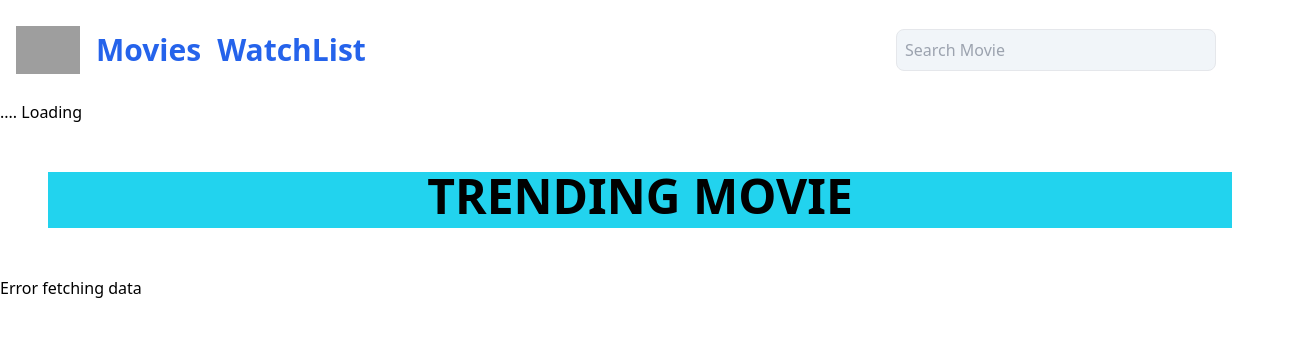
Repository: swapnil0663/MovieApp
Page: /
An editor plug-in stored every save of this project. The page is shown before and after the next save, followed by the edit.
The browser window is 1280 px wide. The page is 1296 px wide, so the pictures cover 1296 px, including what lies to the right of the window. The pictures show the whole page.
Pictures or frames that could not be fetched are drawn as grey boxes. The page's requests for data from a server got no answer. Some web fonts or font styles are not loaded; a fallback is used. The project was rebuilt for these pictures with package versions that can differ from the ones it lists, and the page was loaded fresh each time. No one was signed in, and anything a server would have sent is missing. Also part of the build but not shown: vite.config.js, src/Components/Paging.jsx, src/Components/MovieCard.jsx, src/Components/WatchList.jsx. Imported but missing from the stored project, and not drawn on this page: src/redux/SearchSlice.

Above is the page before, as saved 2025-01-04 00:15:59.

### index.html
<!doctype html>
<html lang="en">
  <head>

    <meta charset="UTF-8" />
    <link rel="stylesheet" href="https://cdnjs.cloudflare.com/ajax/libs/font-awesome/6.7.0/css/all.min.css" integrity="sha512-9xKTRVabjVeZmc+GUW8GgSmcREDunMM+Dt/GrzchfN8tkwHizc5RP4Ok/MXFFy5rIjJjzhndFScTceq5e6GvVQ==" crossorigin="anonymous" referrerpolicy="no-referrer" />
    <link rel="icon" type="image/svg+xml" href="/vite.svg" />
    <meta name="viewport" content="width=device-width, initial-scale=1.0" />
    <title>Movies</title>
    <link rel="stylesheet" href="https://rsms.me/inter/inter.css">

  </head>
  <body>
    <div id="root"></div>
    <script type="module" src="/src/main.jsx"></script>
  </body>

</html>

### src/main.jsx
import { StrictMode } from "react";
import { createRoot } from "react-dom/client";
import { Provider } from "react-redux";
import "./index.css";
import App from "./App.jsx";
import store from "./redux/store";

createRoot(document.getElementById("root")).render(
  <StrictMode>
    <Provider store={store}>
      <App />
    </Provider>
  </StrictMode>
);

### src/index.css
@tailwind base;
@tailwind components;
@tailwind utilities;

/*
* {
    margin: 0;
    padding: 0;
    box-sizing: border-box;
}  */

### src/App.jsx
import { BrowserRouter, Routes, Route } from "react-router-dom";
import { useState, useEffect } from "react";
import "./App.css";
import Banner from "./Components/Banner";
import Movie from "./Components/Movie";
import Navbar from "./Components/Navbar";
import WatchList from "./Components/WatchList";
import TBan from "./Components/TBan";
import MovieContext from "./Context/MovieContext";

function App() {
  const [watchList, setWatchList] = useState(
    JSON.parse(localStorage.getItem("watchList")) || []
  );

  const addToWatchList = (movieToadd) => {
    const newWatchList = [...watchList, movieToadd];
    setWatchList(newWatchList);
  };

  const removeFromWatchList = (movieToRemove) => {
    const newWatchList = watchList.filter(
      (movieObj) => movieObj.id !== movieToRemove.id
    );
    setWatchList(newWatchList);
  };

  useEffect(() => {
    localStorage.setItem("watchList", JSON.stringify(watchList));
  }, [watchList]);

  return (
    <BrowserRouter>
      <Navbar />

      <MovieContext.Provider
        value={{ watchList, addToWatchList, removeFromWatchList, setWatchList }}
      >
        <Routes>
          <Route
            path="/"
            element={
              <>
                <Banner />
                <TBan />
                {/* <PagingContext.Provider
                  value={{ pageno, handleprev, handlenext }}
                > */}
                  <Movie
                  // watchList={watchList}
                  // addToWatchList={addToWatchList}
                  // removeFromWatchList={removeFromWatchList}
                  />
                {/* </PagingContext.Provider> */}
              </>
            }
          />
          <Route
            path="/watchList"
            element={
              <WatchList
              // movies = {watchList}
              // removeFromWatchList = {removeFromWatchList}
              // setWatchList={setWatchList}
              />
            }
          />
        </Routes>
      </MovieContext.Provider>
    </BrowserRouter>
  );
}

export default App;

// https://api.themoviedb.org/3/movie/popular?language=en-US&page=1
// API -> 14915bb7694a0701b51a3b7146b944e2

### src/redux/store.js
import { configureStore } from "@reduxjs/toolkit";
import PagingSlice from "./PagingSlice";
import movieSlice from "./Movies/movieSlice";

const store = configureStore({
    reducer: {
        pagingState : PagingSlice.reducer,
        movieState : movieSlice.reducer,
    }
})

export default store;

### src/Components/Banner.jsx
import axios from 'axios';
import { useEffect } from 'react';
import { useState } from 'react';
import { BASE_URL } from '../utils/BaseUrl';


export default function Banner(){
    const [trendingMovie,serTrendingMovie] = useState(null);

   useEffect (() => {
    axios.get('https://api.themoviedb.org/3/trending/movie/day?api_key=14915bb7694a0701b51a3b7146b944e2')
    .then(function(res){
        let randomMovies = res.data.results[Math.floor(Math.random()*20)];
        serTrendingMovie(randomMovies);
    })
   },[]);

    if(!trendingMovie) {
        return (<h1> .... Loading</h1>)
    }

    return (
        <div className="relative ">
            <img  className="h-[32rem] w-3/4 rounded-[2rem] flex items-self-center justify-self-center" alt="Image Not Found " src={BASE_URL + trendingMovie.backdrop_path} />
            <p className="bg-[#111827b3] w-full text-center absolute left-[50%] h-14 bottom-0 text-white text-5xl translate-x-[-50%]">{trendingMovie.title}</p>

        </div>
    )
}

### src/Components/Movie.jsx
import { BASE_URL } from "../utils/BaseUrl";
import { useState, useEffect, useContext } from "react";
import Paging from "./Paging";
import MovieCard from "./MovieCard";
import MovieContext from "../Context/MovieContext";
import { useDispatch, useSelector } from "react-redux";
import movieThung from "../redux/Movies/movieThung";

export default function Movie() {
  const { watchList } = useContext(MovieContext);
  const { pageno } = useSelector((store) => store.pagingState);
  const { movies, isLoading, error } = useSelector((store) => store.movieState);
  const dispatch = useDispatch();
  const [search, setSearch] = useState("");


  useEffect(() => {
    dispatch(movieThung(pageno));
  // eslint-disable-next-line react-hooks/exhaustive-deps
  }, [pageno]);

  if (isLoading) {
    return (
      <h1
        style={{
          display: "flex",
          alignItems: "center",
          justifyContent: "center",
        }}
      >
        {" "}
        ... Loading{" "}
      </h1>
    );
  }
  if (error) {
    return <h1>Error fetching data</h1>;
  }

  const filteredMovies = movies.filter((movie) =>
    movie.title.toLowerCase().includes(search.toLowerCase())
  );

  return (
    <>
      <div className="flex justify-center my-4">
        <input
          value={search}
          onChange={(e) => setSearch(e.target.value)}
          placeholder="Search Movies"
          className="w-[20rem] bg-slate-200 border p-2 rounded-lg"
        />
      </div>
      <div className="flex flex-wrap justify-evenly">
        {filteredMovies.length > 0 ? (
          filteredMovies.map((movie) => (
            <MovieCard
              key={movie.id}
              movie={movie}
              fav={watchList.some((movieObj) => movieObj.id === movie.id)}
              title={movie.title}
              poster={BASE_URL + movie.backdrop_path}
            />
          ))
        ) : (
          <h2 className="text-center text-gray-500">No movies found.</h2>
        )}
      </div>
      <Paging />
    </>
  );
}

### src/Components/Navbar.jsx
import { useEffect, useState } from "react";
import { Link } from "react-router-dom";

export default function Navbar() {
  const [search, setSearch] = useState("");

  useEffect(() => {

  },[search])
  return (
    <div className="flex items-center m-4 w-screen justify-between">
      <div className="flex items-center">
        <img
          className="h-12"
          src="https://www.freeiconspng.com/thumbs/movie-icon/movie-icon-24.png"
        />
        <Link className="m-4 text-blue-600 text-3xl font-bold" to="/">
          {" "}
          Movies{" "}
        </Link>
        <Link className="text-blue-600 text-3xl font-bold" to="/watchList">
          {" "}
          WatchList
        </Link>
      </div>
      <input
      value={search}
        className=" w-[20rem] bg-slate-100 border p-2 mx-20 rounded-lg"
        type="text"
        placeholder="Search Movie"
        onChange={(e) => {
            setSearch(e.target.value);
        }}
      />
    </div>
  );
}

### src/Components/TBan.jsx
export default function TBan(){
    return (
        <h1 className='m-12 bg-cyan-400 h-14 left-[50%] text-center tanslate-x-[-50%] font-bold text-5xl'> TRENDING MOVIE </h1>
    )
}

### src/Context/MovieContext.js
import { createContext }   from 'react';

const MovieContext = createContext();

export default MovieContext;

### src/redux/PagingSlice.js
import { createSlice } from "@reduxjs/toolkit";

const PagingSlice = createSlice({
    name : "PagingSlice",
    initialState : {
        pageno : 1,
    },
    reducers : {
        handleprev : (State) => {
            if(State.pageno > 1){
                State.pageno -= 1;
            }
        },
        handlenext : (state) => {
            state.pageno += 1;
        }
    }
})

export default PagingSlice;

### src/redux/Movies/movieSlice.js
import { createSlice } from "@reduxjs/toolkit";

    const movieSlice = createSlice({
        name : 'movieSlice',
        initialState : {
            movies : [],
            isLoading : true,
            error : false
        },
        reducers : {
            setMovies : (state, descObj) => {
                state.movies = descObj.payload;
                state.isLoading = false;
                state.error = false;
            },
            setLoading : (state) => {
                state.isLoading = true;
                state.error = false;
                state.movies = [];
            },
            setError : (state) => {
                state.error = true;
                state.isLoading = false;
                state.movies = [];
            }
        }
    })

    export default movieSlice;

### src/utils/BaseUrl.jsx

export const BASE_URL = 'https://image.tmdb.org/t/p/w500/';

export const ALL_GENERE = "All Genere"

export const GENRES_TO_MAPPING = {
    28: "Action",
    12: "Adventure",
    16: "Animation",
    35: "Comedy",
    80: "Crime",
    99: "Documentary",
    18: "Drama",
    10751: "Family",
    14: "Fantasy",
    36: "History",
    27: "Horror",
    10402: "Music",
    9648: "Mystery",
    10749: "Romance",
    878: "Science Fiction",
    10770: "TV Movie",
    53: "Thriller",
    10752: "War",
    37: "Western"
};

### src/redux/Movies/movieThung.js
import movieSlice from "./movieSlice";
import axios from "axios";
const action = movieSlice.actions;
export default function movieThung(pageno) {
  return async function (dispatch) {
    try {
      dispatch(action.setLoading());
      const res = await axios.get(
        `https://api.themoviedb.org/3/trending/movie/day?api_key=14915bb7694a0701b51a3b7146b944e2&page=${pageno}`
      );
      dispatch(action.setMovies(res.data.results));
    // eslint-disable-next-line no-unused-vars
    } catch (error) {
      dispatch(action.setError());
    }
  };
}

Loaded but not shown: src/App.css (common file); tailwind.config.js (common file)

After the next save:
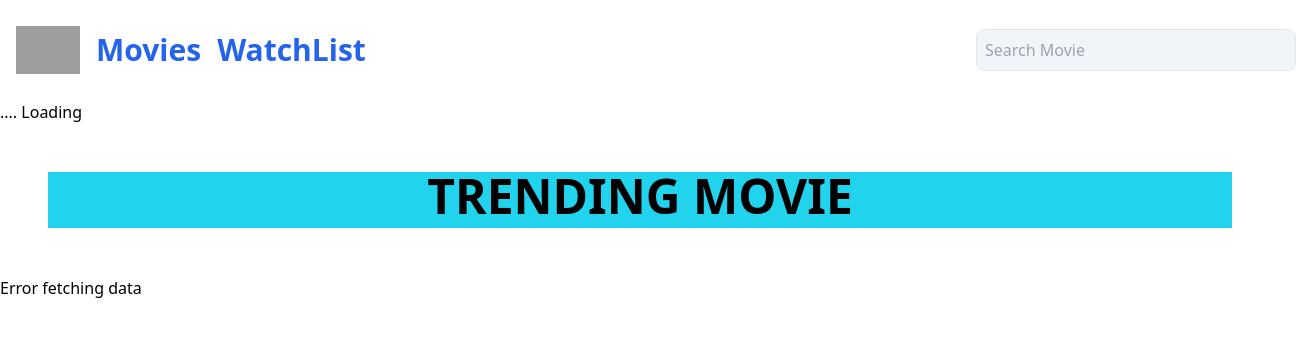
Saved 87 s later.
--- a/src/Components/Navbar.jsx
+++ b/src/Components/Navbar.jsx
@@ -1,36 +1,34 @@
-import { useEffect, useState } from "react";
+import { useDispatch } from "react-redux";
+import { updateSearch } from "../redux/SearchSlice"; // Create a Redux slice for search functionality
 import { Link } from "react-router-dom";
 
 export default function Navbar() {
-  const [search, setSearch] = useState("");
+  const dispatch = useDispatch();
 
-  useEffect(() => {
+  const handleSearchChange = (e) => {
+    dispatch(updateSearch(e.target.value)); // Update the global search state
+  };
 
-  },[search])
   return (
     <div className="flex items-center m-4 w-screen justify-between">
       <div className="flex items-center">
         <img
           className="h-12"
           src="https://www.freeiconspng.com/thumbs/movie-icon/movie-icon-24.png"
+          alt="Movie Logo"
         />
         <Link className="m-4 text-blue-600 text-3xl font-bold" to="/">
-          {" "}
-          Movies{" "}
+          Movies
         </Link>
         <Link className="text-blue-600 text-3xl font-bold" to="/watchList">
-          {" "}
           WatchList
         </Link>
       </div>
       <input
-      value={search}
-        className=" w-[20rem] bg-slate-100 border p-2 mx-20 rounded-lg"
+        className="w-[20rem] bg-slate-100 border p-2 rounded-lg"
         type="text"
         placeholder="Search Movie"
-        onChange={(e) => {
-            setSearch(e.target.value);
-        }}
+        onChange={handleSearchChange}
       />
     </div>
   );
